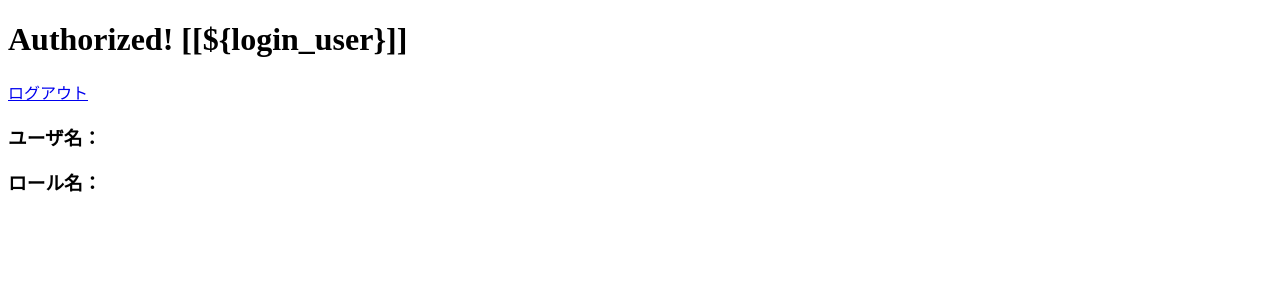
Repository: e1b21068/work03
Page: .log/work03/src/main/resources/templates/sample33.html
The author's editor kept a copy of each file at every save. The page is drawn from the files as they stood at one save, then again after the next save.
The browser window is 1280 px wide. The pictures show the whole page.

Above is the page before, as saved 2023-10-10 15:49:38.

### .log/work03/src/main/resources/templates/sample33.html
<!DOCTYPE html>
<html xmlns:th="http://www.thymeleaf.org" xmlns:sec="http://www.springframework.org/schema/security">

<head>
  <meta charset="utf-8">
  <title>SpringBoot Sample3-1</title>
</head>

<body>
  <h1>Authorized! [[${login_user}]]</h1>
  <a href="/logout">ログアウト</a>

  <!--sec:authenticationで認証情報にアクセスできる．nameはユーザ名を表す-->
  <h3>ユーザ名：<div sec:authentication="name"></div>
  </h3>
  <!--sec:authenticationで認証情報にアクセスできる．principal.authoritiesはロール名を表す-->
  <h3>ロール名：<div sec:authentication="principal.authorities"></div>
  </h3>
</body>

</html>

After the next save:
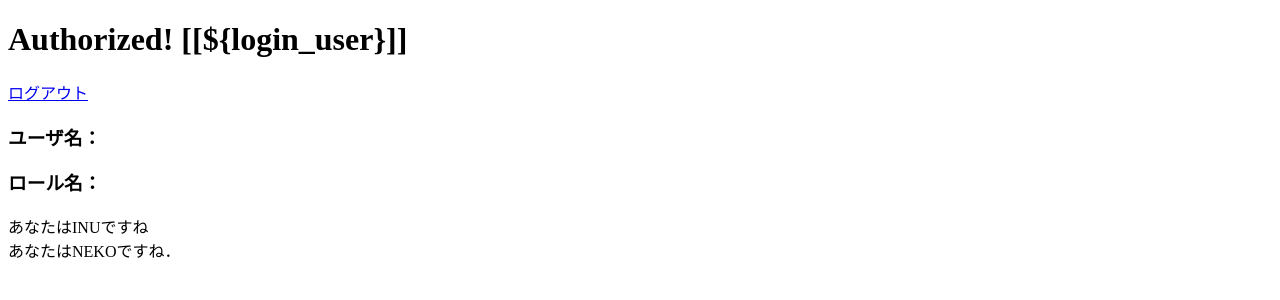
Saved 7 min 18 s later.
--- a/.log/work03/src/main/resources/templates/sample33.html
+++ b/.log/work03/src/main/resources/templates/sample33.html
@@ -16,6 +16,14 @@
   <!--sec:authenticationで認証情報にアクセスできる．principal.authoritiesはロール名を表す-->
   <h3>ロール名：<div sec:authentication="principal.authorities"></div>
   </h3>
+
+  <div sec:authorize="hasRole('ROLE_INU')">
+    <span>あなたはINUですね</span>
+  </div>
+
+  <div sec:authorize="hasRole('ROLE_NEKO')">
+    <div>あなたはNEKOですね．</div>
+  </div>
 </body>
 
 </html>
